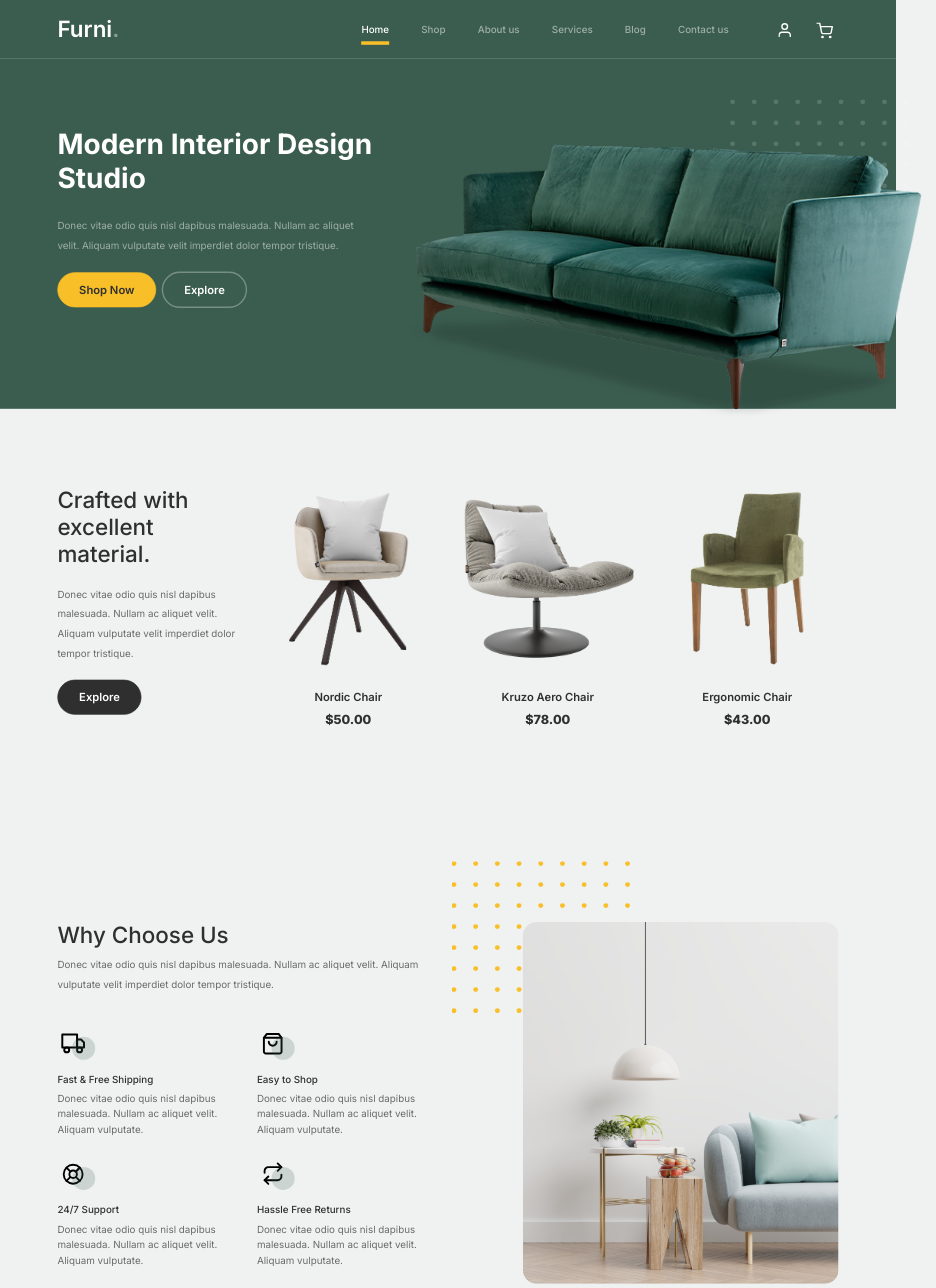
Repository: MaggieMengXingchen/e-commerce
Page: index.html
The author's editor kept a copy of each file at every save. The page is drawn from the files as they stood at one save, then again after a run of saves.
The browser window is 1280 px wide. The page is 1337 px wide, so the pictures cover 1337 px, including what lies to the right of the window. The pictures show the part of the page from y = 0 to 1840 px (the page is 5103 px tall), at 70% of full size.

Above is the page before, as saved 2023-08-20 03:12:01.

### index.html
<!-- /*
* Bootstrap 5
* Template Name: Furni
* Template Author: Untree.co
* Template URI: https://untree.co/
* License: https://creativecommons.org/licenses/by/3.0/
*/ -->
<!doctype html>
<html lang="en">
<head>
  <meta charset="utf-8">
  <meta name="viewport" content="width=device-width, initial-scale=1, shrink-to-fit=no">
  <meta name="author" content="Untree.co">
  <link rel="shortcut icon" href="favicon.png">

  <meta name="description" content="" />
  <meta name="keywords" content="bootstrap, bootstrap4" />

		<!-- Bootstrap CSS -->
		<link href="css/bootstrap.min.css" rel="stylesheet">
		<link href="https://cdnjs.cloudflare.com/ajax/libs/font-awesome/6.0.0-beta3/css/all.min.css" rel="stylesheet">
		<link href="css/tiny-slider.css" rel="stylesheet">
		<link href="css/style.css" rel="stylesheet">
		<title>Furni Free Bootstrap 5 Template for Furniture and Interior Design Websites by Untree.co </title>
	</head>

	<body>

		<!-- Start Header/Navigation -->
		<nav class="custom-navbar navbar navbar navbar-expand-md navbar-dark bg-dark" arial-label="Furni navigation bar">

			<div class="container">
				<a class="navbar-brand" href="index.html">Furni<span>.</span></a>

				<button class="navbar-toggler" type="button" data-bs-toggle="collapse" data-bs-target="#navbarsFurni" aria-controls="navbarsFurni" aria-expanded="false" aria-label="Toggle navigation">
					<span class="navbar-toggler-icon"></span>
				</button>

				<div class="collapse navbar-collapse" id="navbarsFurni">
					<ul class="custom-navbar-nav navbar-nav ms-auto mb-2 mb-md-0">
						<li class="nav-item active">
							<a class="nav-link" href="index.html">Home</a>
						</li>
						<li><a class="nav-link" href="shop.html">Shop</a></li>
						<li><a class="nav-link" href="about.html">About us</a></li>
						<li><a class="nav-link" href="services.html">Services</a></li>
						<li><a class="nav-link" href="blog.html">Blog</a></li>
						<li><a class="nav-link" href="contact.html">Contact us</a></li>
					</ul>

					<ul class="custom-navbar-cta navbar-nav mb-2 mb-md-0 ms-5">
						<li><a class="nav-link" href="#"><img src="images/user.svg"></a></li>
						<li><a class="nav-link" href="cart.html"><img src="images/cart.svg"></a></li>
					</ul>
				</div>
			</div>

		</nav>
		<!-- End Header/Navigation -->

		<!-- Start Hero Section -->
			<div class="hero">
				<div class="container">
					<div class="row justify-content-between">
						<div class="col-lg-5">
							<div class="intro-excerpt">
								<h1>Modern Interior <span clsas="d-block">Design Studio</span></h1>
								<p class="mb-4">Donec vitae odio quis nisl dapibus malesuada. Nullam ac aliquet velit. Aliquam vulputate velit imperdiet dolor tempor tristique.</p>
								<p><a href="" class="btn btn-secondary me-2">Shop Now</a><a href="#" class="btn btn-white-outline">Explore</a></p>
							</div>
						</div>
						<div class="col-lg-7">
							<div class="hero-img-wrap">
								<img src="images/couch.png" class="img-fluid">
							</div>
						</div>
					</div>
				</div>
			</div>
		<!-- End Hero Section -->

		<!-- Start Product Section -->
		<div class="product-section">
			<div class="container">
				<div class="row">

					<!-- Start Column 1 -->
					<div class="col-md-12 col-lg-3 mb-5 mb-lg-0">
						<h2 class="mb-4 section-title">Crafted with excellent material.</h2>
						<p class="mb-4">Donec vitae odio quis nisl dapibus malesuada. Nullam ac aliquet velit. Aliquam vulputate velit imperdiet dolor tempor tristique. </p>
						<p><a href="shop.html" class="btn">Explore</a></p>
					</div>
					<!-- End Column 1 -->

					<!-- Start Column 2 -->
					<div class="col-12 col-md-4 col-lg-3 mb-5 mb-md-0">
						<a class="product-item" href="cart.html">
							<img src="images/product-1.png" class="img-fluid product-thumbnail">
							<h3 class="product-title">Nordic Chair</h3>
							<strong class="product-price">$50.00</strong>

							<span class="icon-cross">
								<img src="images/cross.svg" class="img-fluid">
							</span>
						</a>
					</div>
					<!-- End Column 2 -->

					<!-- Start Column 3 -->
					<div class="col-12 col-md-4 col-lg-3 mb-5 mb-md-0">
						<a class="product-item" href="cart.html">
							<img src="images/product-2.png" class="img-fluid product-thumbnail">
							<h3 class="product-title">Kruzo Aero Chair</h3>
							<strong class="product-price">$78.00</strong>

							<span class="icon-cross">
								<img src="images/cross.svg" class="img-fluid">
							</span>
						</a>
					</div>
					<!-- End Column 3 -->

					<!-- Start Column 4 -->
					<div class="col-12 col-md-4 col-lg-3 mb-5 mb-md-0">
						<a class="product-item" href="cart.html">
							<img src="images/product-3.png" class="img-fluid product-thumbnail">
							<h3 class="product-title">Ergonomic Chair</h3>
							<strong class="product-price">$43.00</strong>

							<span class="icon-cross">
								<img src="images/cross.svg" class="img-fluid">
							</span>
						</a>
					</div>
					<!-- End Column 4 -->

				</div>
			</div>
		</div>
		<!-- End Product Section -->

		<!-- Start Why Choose Us Section -->
		<div class="why-choose-section">
			<div class="container">
				<div class="row justify-content-between">
					<div class="col-lg-6">
						<h2 class="section-title">Why Choose Us</h2>
						<p>Donec vitae odio quis nisl dapibus malesuada. Nullam ac aliquet velit. Aliquam vulputate velit imperdiet dolor tempor tristique.</p>

						<div class="row my-5">
							<div class="col-6 col-md-6">
								<div class="feature">
									<div class="icon">
										<img src="images/truck.svg" alt="Image" class="imf-fluid">
									</div>
									<h3>Fast &amp; Free Shipping</h3>
									<p>Donec vitae odio quis nisl dapibus malesuada. Nullam ac aliquet velit. Aliquam vulputate.</p>
								</div>
							</div>

							<div class="col-6 col-md-6">
								<div class="feature">
									<div class="icon">
										<img src="images/bag.svg" alt="Image" class="imf-fluid">
									</div>
									<h3>Easy to Shop</h3>
									<p>Donec vitae odio quis nisl dapibus malesuada. Nullam ac aliquet velit. Aliquam vulputate.</p>
								</div>
							</div>

							<div class="col-6 col-md-6">
								<div class="feature">
									<div class="icon">
										<img src="images/support.svg" alt="Image" class="imf-fluid">
									</div>
									<h3>24/7 Support</h3>
									<p>Donec vitae odio quis nisl dapibus malesuada. Nullam ac aliquet velit. Aliquam vulputate.</p>
								</div>
							</div>

							<div class="col-6 col-md-6">
								<div class="feature">
									<div class="icon">
										<img src="images/return.svg" alt="Image" class="imf-fluid">
									</div>
									<h3>Hassle Free Returns</h3>
									<p>Donec vitae odio quis nisl dapibus malesuada. Nullam ac aliquet velit. Aliquam vulputate.</p>
								</div>
							</div>

						</div>
					</div>

					<div class="col-lg-5">
						<div class="img-wrap">
							<img src="images/why-choose-us-img.jpg" alt="Image" class="img-fluid">
						</div>
					</div>

				</div>
			</div>
		</div>
		<!-- End Why Choose Us Section -->

		<!-- Start We Help Section -->
		<div class="we-help-section">
			<div class="container">
				<div class="row justify-content-between">
					<div class="col-lg-7 mb-5 mb-lg-0">
						<div class="imgs-grid">
							<div class="grid grid-1"><img src="images/img-grid-1.jpg" alt="Untree.co"></div>
							<div class="grid grid-2"><img src="images/img-grid-2.jpg" alt="Untree.co"></div>
							<div class="grid grid-3"><img src="images/img-grid-3.jpg" alt="Untree.co"></div>
						</div>
					</div>
					<div class="col-lg-5 ps-lg-5">
						<h2 class="section-title mb-4">We Help You Make Modern Interior Design</h2>
						<p>Donec facilisis quam ut purus rutrum lobortis. Donec vitae odio quis nisl dapibus malesuada. Nullam ac aliquet velit. Aliquam vulputate velit imperdiet dolor tempor tristique. Pellentesque habitant morbi tristique senectus et netus et malesuada</p>

						<ul class="list-unstyled custom-list my-4">
							<li>Donec vitae odio quis nisl dapibus malesuada</li>
							<li>Donec vitae odio quis nisl dapibus malesuada</li>
							<li>Donec vitae odio quis nisl dapibus malesuada</li>
							<li>Donec vitae odio quis nisl dapibus malesuada</li>
						</ul>
						<p><a herf="#" class="btn">Explore</a></p>
					</div>
				</div>
			</div>
		</div>
		<!-- End We Help Section -->

		<!-- Start Popular Product -->
		<div class="popular-product">
			<div class="container">
				<div class="row">

					<div class="col-12 col-md-6 col-lg-4 mb-4 mb-lg-0">
						<div class="product-item-sm d-flex">
							<div class="thumbnail">
								<img src="images/product-1.png" alt="Image" class="img-fluid">
							</div>
							<div class="pt-3">
								<h3>Nordic Chair</h3>
								<p>Donec facilisis quam ut purus rutrum lobortis. Donec vitae odio </p>
								<p><a href="#">Read More</a></p>
							</div>
						</div>
					</div>

					<div class="col-12 col-md-6 col-lg-4 mb-4 mb-lg-0">
						<div class="product-item-sm d-flex">
							<div class="thumbnail">
								<img src="images/product-2.png" alt="Image" class="img-fluid">
							</div>
							<div class="pt-3">
								<h3>Kruzo Aero Chair</h3>
								<p>Donec facilisis quam ut purus rutrum lobortis. Donec vitae odio </p>
								<p><a href="#">Read More</a></p>
							</div>
						</div>
					</div>

					<div class="col-12 col-md-6 col-lg-4 mb-4 mb-lg-0">
						<div class="product-item-sm d-flex">
							<div class="thumbnail">
								<img src="images/product-3.png" alt="Image" class="img-fluid">
							</div>
							<div class="pt-3">
								<h3>Ergonomic Chair</h3>
								<p>Donec facilisis quam ut purus rutrum lobortis. Donec vitae odio </p>
								<p><a href="#">Read More</a></p>
							</div>
						</div>
					</div>

				</div>
			</div>
		</div>
		<!-- End Popular Product -->

		<!-- Start Testimonial Slider -->
		<div class="testimonial-section">
			<div class="container">
				<div class="row">
					<div class="col-lg-7 mx-auto text-center">
						<h2 class="section-title">Testimonials</h2>
					</div>
				</div>

				<div class="row justify-content-center">
					<div class="col-lg-12">
						<div class="testimonial-slider-wrap text-center">

							<div id="testimonial-nav">
								<span class="prev" data-controls="prev"><span class="fa fa-chevron-left"></span></span>
								<span class="next" data-controls="next"><span class="fa fa-chevron-right"></span></span>
							</div>

							<div class="testimonial-slider">

								<div class="item">
									<div class="row justify-content-center">
										<div class="col-lg-8 mx-auto">

											<div class="testimonial-block text-center">
												<blockquote class="mb-5">
													<p>&ldquo;Donec facilisis quam ut purus rutrum lobortis. Donec vitae odio quis nisl dapibus malesuada. Nullam ac aliquet velit. Aliquam vulputate velit imperdiet dolor tempor tristique. Pellentesque habitant morbi tristique senectus et netus et malesuada fames ac turpis egestas. Integer convallis volutpat dui quis scelerisque.&rdquo;</p>
												</blockquote>

												<div class="author-info">
													<div class="author-pic">
														<img src="images/person-1.png" alt="Maria Jones" class="img-fluid">
													</div>
													<h3 class="font-weight-bold">Maria Jones</h3>
													<span class="position d-block mb-3">CEO, Co-Founder, XYZ Inc.</span>
												</div>
											</div>

										</div>
									</div>
								</div>
								<!-- END item -->

								<div class="item">
									<div class="row justify-content-center">
										<div class="col-lg-8 mx-auto">

											<div class="testimonial-block text-center">
												<blockquote class="mb-5">
													<p>&ldquo;Donec facilisis quam ut purus rutrum lobortis. Donec vitae odio quis nisl dapibus malesuada. Nullam ac aliquet velit. Aliquam vulputate velit imperdiet dolor tempor tristique. Pellentesque habitant morbi tristique senectus et netus et malesuada fames ac turpis egestas. Integer convallis volutpat dui quis scelerisque.&rdquo;</p>
												</blockquote>

												<div class="author-info">
													<div class="author-pic">
														<img src="images/person-1.png" alt="Maria Jones" class="img-fluid">
													</div>
													<h3 class="font-weight-bold">Maria Jones</h3>
													<span class="position d-block mb-3">CEO, Co-Founder, XYZ Inc.</span>
												</div>
											</div>

										</div>
									</div>
								</div>
								<!-- END item -->

								<div class="item">
									<div class="row justify-content-center">
										<div class="col-lg-8 mx-auto">

											<div class="testimonial-block text-center">
												<blockquote class="mb-5">
													<p>&ldquo;Donec facilisis quam ut purus rutrum lobortis. Donec vitae odio quis nisl dapibus malesuada. Nullam ac aliquet velit. Aliquam vulputate velit imperdiet dolor tempor tristique. Pellentesque habitant morbi tristique senectus et netus et malesuada fames ac turpis egestas. Integer convallis volutpat dui quis scelerisque.&rdquo;</p>
												</blockquote>

												<div class="author-info">
													<div class="author-pic">
														<img src="images/person-1.png" alt="Maria Jones" class="img-fluid">
													</div>
													<h3 class="font-weight-bold">Maria Jones</h3>
													<span class="position d-block mb-3">CEO, Co-Founder, XYZ Inc.</span>
												</div>
											</div>

										</div>
									</div>
								</div>
								<!-- END item -->

							</div>

						</div>
					</div>
				</div>
			</div>
		</div>
		<!-- End Testimonial Slider -->

		<!-- Start Blog Section -->
		<div class="blog-section">
			<div class="container">
				<div class="row mb-5">
					<div class="col-md-6">
						<h2 class="section-title">Recent Blog</h2>
					</div>
					<div class="col-md-6 text-start text-md-end">
						<a href="#" class="more">View All Posts</a>
					</div>
				</div>

				<div class="row">

					<div class="col-12 col-sm-6 col-md-4 mb-4 mb-md-0">
						<div class="post-entry">
							<a href="#" class="post-thumbnail"><img src="images/post-1.jpg" alt="Image" class="img-fluid"></a>
							<div class="post-content-entry">
								<h3><a href="#">First Time Home Owner Ideas</a></h3>
								<div class="meta">
									<span>by <a href="#">Kristin Watson</a></span> <span>on <a href="#">Dec 19, 2021</a></span>
								</div>
							</div>
						</div>
					</div>

					<div class="col-12 col-sm-6 col-md-4 mb-4 mb-md-0">
						<div class="post-entry">
							<a href="#" class="post-thumbnail"><img src="images/post-2.jpg" alt="Image" class="img-fluid"></a>
							<div class="post-content-entry">
								<h3><a href="#">How To Keep Your Furniture Clean</a></h3>
								<div class="meta">
									<span>by <a href="#">Robert Fox</a></span> <span>on <a href="#">Dec 15, 2021</a></span>
								</div>
							</div>
						</div>
					</div>

					<div class="col-12 col-sm-6 col-md-4 mb-4 mb-md-0">
						<div class="post-entry">
							<a href="#" class="post-thumbnail"><img src="images/post-3.jpg" alt="Image" class="img-fluid"></a>
							<div class="post-content-entry">
								<h3><a href="#">Small Space Furniture Apartment Ideas</a></h3>
								<div class="meta">
									<span>by <a href="#">Kristin Watson</a></span> <span>on <a href="#">Dec 12, 2021</a></span>
								</div>
							</div>
						</div>
					</div>

				</div>
			</div>
		</div>
		<!-- End Blog Section -->

		<!-- Start Footer Section -->
		<footer class="footer-section">
			<div class="container relative">

				<div class="sofa-img">
					<img src="images/sofa.png" alt="Image" class="img-fluid">
				</div>

				<div class="row">
					<div class="col-lg-8">
						<div class="subscription-form">
							<h3 class="d-flex align-items-center"><span class="me-1"><img src="images/envelope-outline.svg" alt="Image" class="img-fluid"></span><span>Subscribe to Newsletter</span></h3>

							<form action="#" class="row g-3">
								<div class="col-auto">
									<input type="text" class="form-control" placeholder="Enter your name">
								</div>
								<div class="col-auto">
									<input type="email" class="form-control" placeholder="Enter your email">
								</div>
								<div class="col-auto">
									<button class="btn btn-primary">
										<span class="fa fa-paper-plane"></span>
									</button>
								</div>
							</form>

						</div>
					</div>
				</div>

				<div class="row g-5 mb-5">
					<div class="col-lg-4">
						<div class="mb-4 footer-logo-wrap"><a href="#" class="footer-logo">Furni<span>.</span></a></div>
						<p class="mb-4">Donec facilisis quam ut purus rutrum lobortis. Donec vitae odio quis nisl dapibus malesuada. Nullam ac aliquet velit. Aliquam vulputate velit imperdiet dolor tempor tristique. Pellentesque habitant</p>

						<ul class="list-unstyled custom-social">
							<li><a href="#"><span class="fa fa-brands fa-facebook-f"></span></a></li>
							<li><a href="#"><span class="fa fa-brands fa-twitter"></span></a></li>
							<li><a href="#"><span class="fa fa-brands fa-instagram"></span></a></li>
							<li><a href="#"><span class="fa fa-brands fa-linkedin"></span></a></li>
						</ul>
					</div>

					<div class="col-lg-8">
						<div class="row links-wrap">
							<div class="col-6 col-sm-6 col-md-3">
								<ul class="list-unstyled">
									<li><a href="#">About us</a></li>
									<li><a href="#">Services</a></li>
									<li><a href="#">Blog</a></li>
									<li><a href="#">Contact us</a></li>
								</ul>
							</div>

							<div class="col-6 col-sm-6 col-md-3">
								<ul class="list-unstyled">
									<li><a href="#">Support</a></li>
									<li><a href="#">Knowledge base</a></li>
									<li><a href="#">Live chat</a></li>
								</ul>
							</div>

							<div class="col-6 col-sm-6 col-md-3">
								<ul class="list-unstyled">
									<li><a href="#">Jobs</a></li>
									<li><a href="#">Our team</a></li>
									<li><a href="#">Leadership</a></li>
									<li><a href="#">Privacy Policy</a></li>
								</ul>
							</div>

							<div class="col-6 col-sm-6 col-md-3">
								<ul class="list-unstyled">
									<li><a href="#">Nordic Chair</a></li>
									<li><a href="#">Kruzo Aero</a></li>
									<li><a href="#">Ergonomic Chair</a></li>
								</ul>
							</div>
						</div>
					</div>

				</div>

				<div class="border-top copyright">
					<div class="row pt-4">
						<div class="col-lg-6">
							<p class="mb-2 text-center text-lg-start">Copyright &copy;<script>document.write(new Date().getFullYear());</script>. All Rights Reserved. &mdash; Designed with love by <a href="https://untree.co">Untree.co</a> Distributed By <a hreff="https://themewagon.com">ThemeWagon</a>  <!-- License information: https://untree.co/license/ -->
            </p>
						</div>

						<div class="col-lg-6 text-center text-lg-end">
							<ul class="list-unstyled d-inline-flex ms-auto">
								<li class="me-4"><a href="#">Terms &amp; Conditions</a></li>
								<li><a href="#">Privacy Policy</a></li>
							</ul>
						</div>

					</div>
				</div>

			</div>
		</footer>
		<!-- End Footer Section -->


		<script src="js/bootstrap.bundle.min.js"></script>
		<script src="js/tiny-slider.js"></script>
		<script src="js/custom.js"></script>
	</body>

</html>

### css/tiny-slider.css
.tns-outer{padding:0 !important}.tns-outer [hidden]{display:none !important}.tns-outer [aria-controls],.tns-outer [data-action]{cursor:pointer}.tns-slider{-webkit-transition:all 0s;-moz-transition:all 0s;transition:all 0s}.tns-slider>.tns-item{-webkit-box-sizing:border-box;-moz-box-sizing:border-box;box-sizing:border-box}.tns-horizontal.tns-subpixel{white-space:nowrap}.tns-horizontal.tns-subpixel>.tns-item{display:inline-block;vertical-align:top;white-space:normal}.tns-horizontal.tns-no-subpixel:after{content:'';display:table;clear:both}.tns-horizontal.tns-no-subpixel>.tns-item{float:left}.tns-horizontal.tns-carousel.tns-no-subpixel>.tns-item{margin-right:-100%}.tns-no-calc{position:relative;left:0}.tns-gallery{position:relative;left:0;min-height:1px}.tns-gallery>.tns-item{position:absolute;left:-100%;-webkit-transition:transform 0s, opacity 0s;-moz-transition:transform 0s, opacity 0s;transition:transform 0s, opacity 0s}.tns-gallery>.tns-slide-active{position:relative;left:auto !important}.tns-gallery>.tns-moving{-webkit-transition:all 0.25s;-moz-transition:all 0.25s;transition:all 0.25s}.tns-autowidth{display:inline-block}.tns-lazy-img{-webkit-transition:opacity 0.6s;-moz-transition:opacity 0.6s;transition:opacity 0.6s;opacity:0.6}.tns-lazy-img.tns-complete{opacity:1}.tns-ah{-webkit-transition:height 0s;-moz-transition:height 0s;transition:height 0s}.tns-ovh{overflow:hidden}.tns-visually-hidden{position:absolute;left:-10000em}.tns-transparent{opacity:0;visibility:hidden}.tns-fadeIn{opacity:1;filter:alpha(opacity=100);z-index:0}.tns-normal,.tns-fadeOut{opacity:0;filter:alpha(opacity=0);z-index:-1}.tns-vpfix{white-space:nowrap}.tns-vpfix>div,.tns-vpfix>li{display:inline-block}.tns-t-subp2{margin:0 auto;width:310px;position:relative;height:10px;overflow:hidden}.tns-t-ct{width:2333.3333333%;width:-webkit-calc(100% * 70 / 3);width:-moz-calc(100% * 70 / 3);width:calc(100% * 70 / 3);position:absolute;right:0}.tns-t-ct:after{content:'';display:table;clear:both}.tns-t-ct>div{width:1.4285714%;width:-webkit-calc(100% / 70);width:-moz-calc(100% / 70);width:calc(100% / 70);height:10px;float:left}

/*# sourceMappingURL=sourcemaps/tiny-slider.css.map */

Loaded but not shown: css/bootstrap.min.css (library); js/bootstrap.bundle.min.js (library); js/tiny-slider.js (library); js/custom.js (73 lines, source omitted); css/style.css (711 lines, source omitted)

After the next 5 saves:
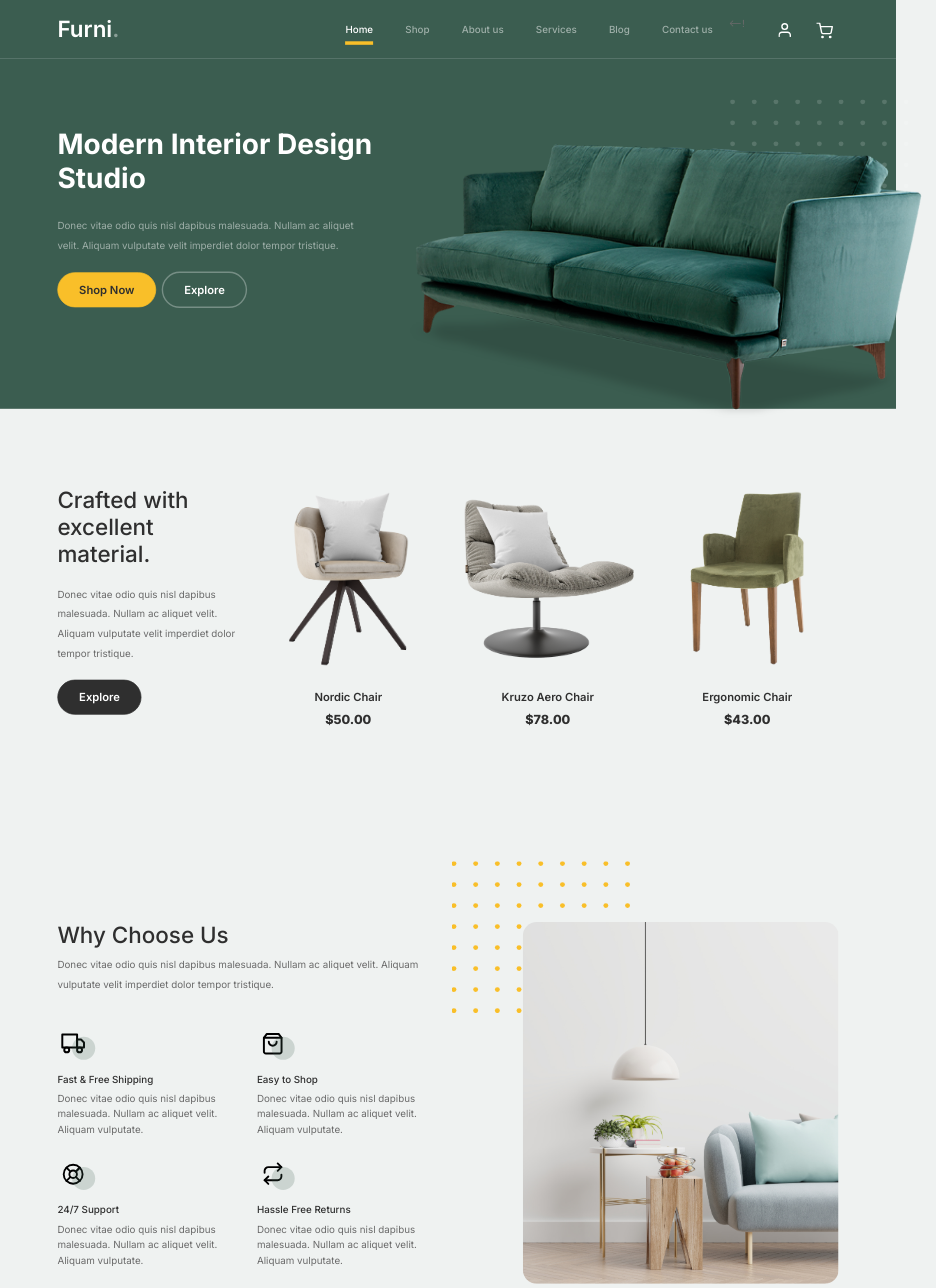
The 5 saves are shown as one change because they came seconds apart.
The last was saved 171 days later.
--- a/index.html
+++ b/index.html
@@ -45,7 +45,7 @@
 						<li><a class="nav-link" href="about.html">About us</a></li>
 						<li><a class="nav-link" href="services.html">Services</a></li>
 						<li><a class="nav-link" href="blog.html">Blog</a></li>
-						<li><a class="nav-link" href="contact.html">Contact us</a></li>
+						<li><a class="nav-link" href="contact.html">Contact us</a></li><--!
 					</ul>
 
 					<ul class="custom-navbar-cta navbar-nav mb-2 mb-md-0 ms-5">
